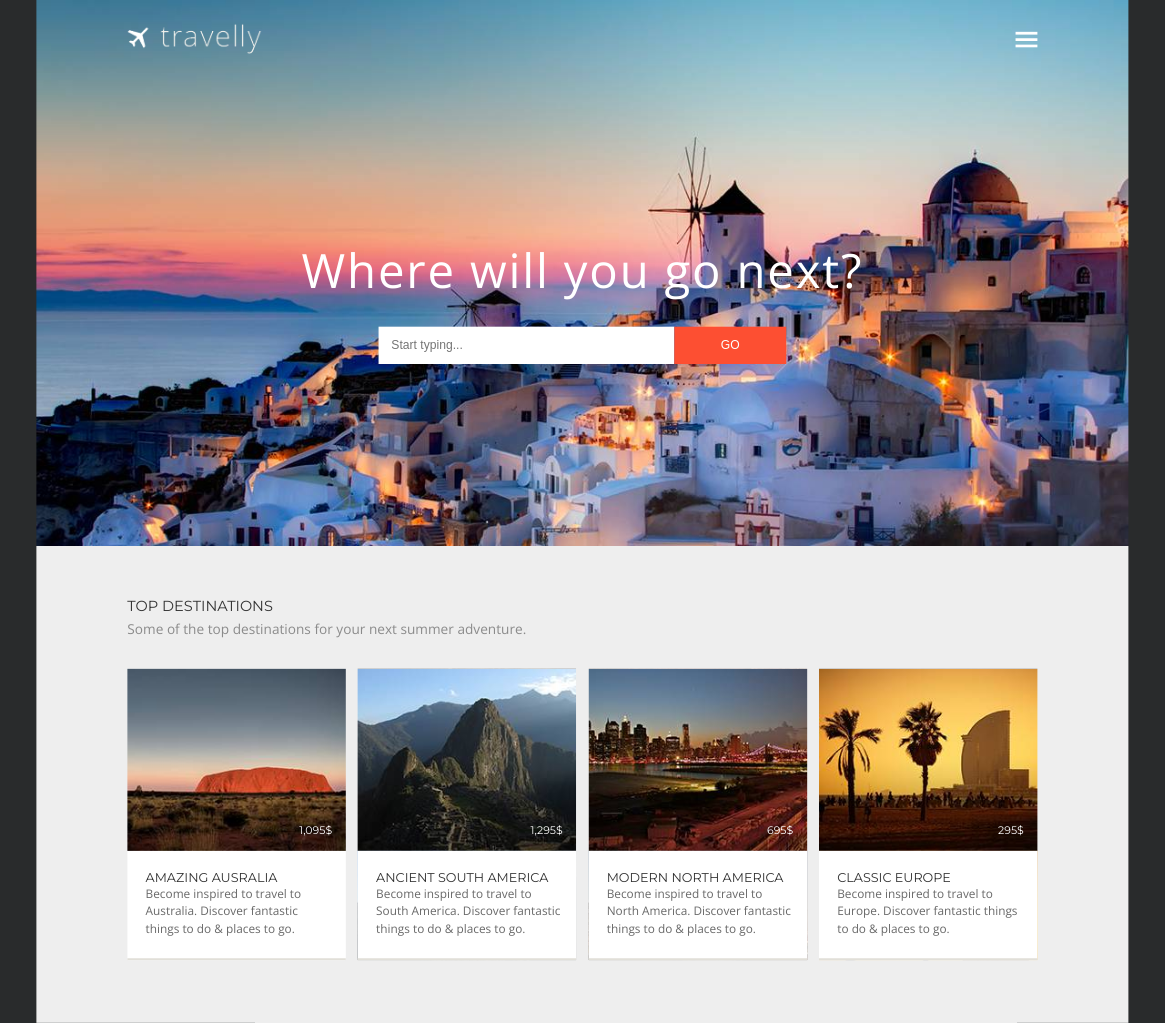
Repository: YusifHasanov/Web-Page-Template
Page: index.html
An editor plug-in stored every save of this project. The page is shown before and after the next save, followed by the edit.
The browser window is 1280 px wide. The pictures show the whole page, at 91% of full size.

Above is the page before, as saved 2021-12-05 21:43:05.

After the next save:
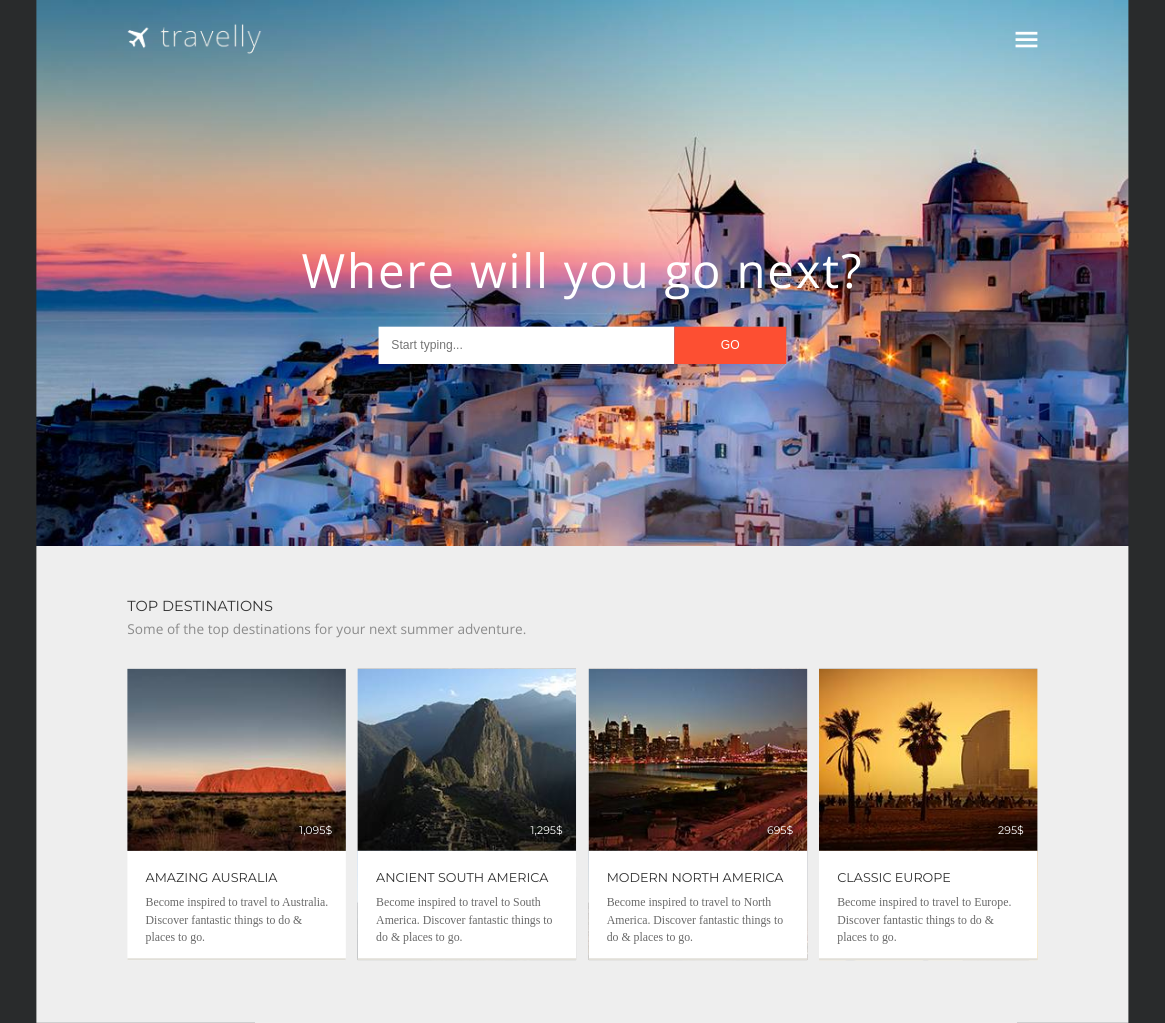
Saved 5 min 16 s later.
--- a/css/style.css
+++ b/css/style.css
@@ -169,5 +169,5 @@ button[type='submit'] {
   line-height: 19px;
   color: #696969;
   font-weight: 400;
-  font-family: 'Open Sans', sans-serif;
+  margin-top: 9px;
 }
